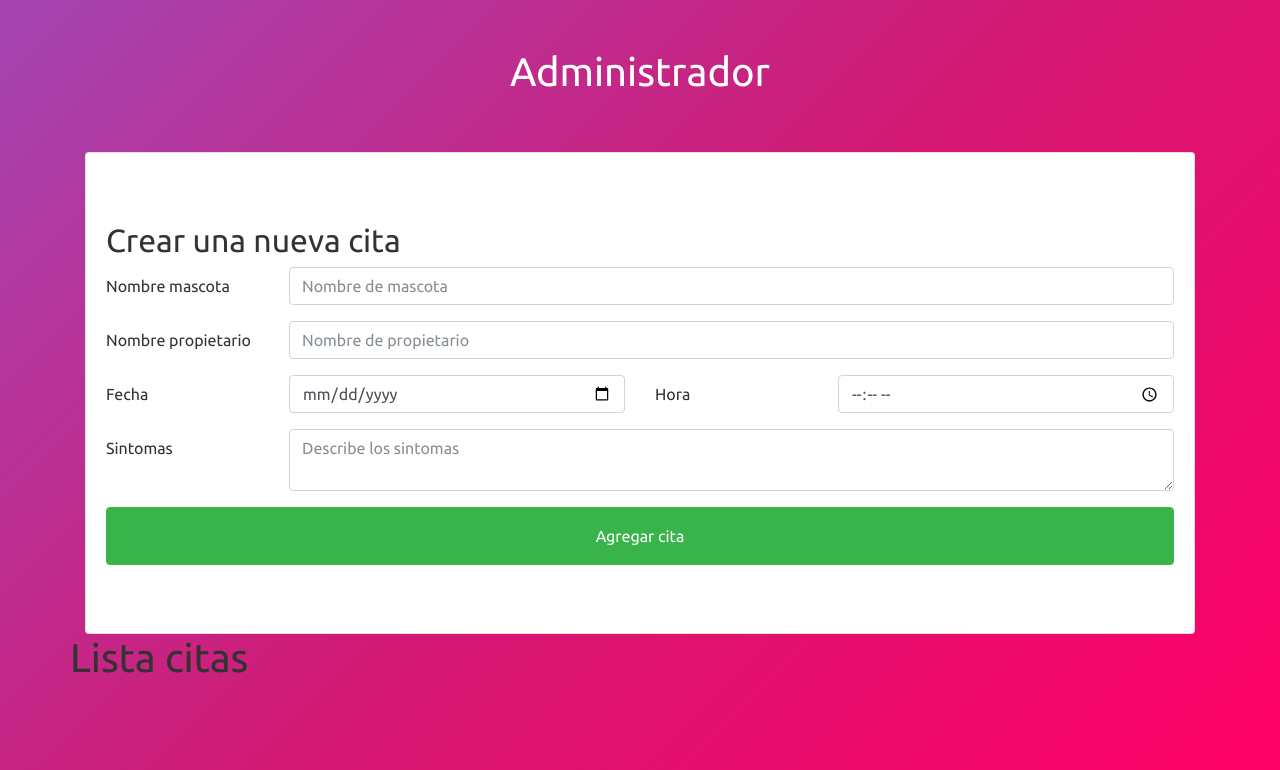
Repository: harrycampaz/react-veterinario-form
Page: /
These files come from the project's save history. The page is drawn as it stood at one moment and after the next save; the edit follows.
The browser window is 1280 px wide. The pictures show the whole page.
The project was rebuilt for these pictures with package versions that can differ from the ones it lists, and the page was loaded fresh each time.

Above is the page before, as saved 2020-01-16 16:45:19.

### src/App.js
import React, { Component } from "react";
import "./bootstrap.min.css";
import Header from "./components/ui/Header";
import NuevaCita from "./components/layout/NuevaCita";
import ListCitas from "./components/layout/ListCitas";

class App extends Component {
  state = {
    citas: []
  };

  createNewCita = data => {

    const citas = [...this.state.citas, data];

    this.setState({
      citas
    })
    }
  render() {
    return (
      <div className="container">
        <Header titulo="Administrador" />
        <div className="row">
          <div className="col-md-12 max-auto">
            <NuevaCita  createNewCita = {this.createNewCita}  />
          </div>

<ListCitas citas = {this.state.citas} />
        </div>
      </div>
    );
  }
}

export default App;

### src/components/ui/Header.js
import React from 'react';

const Header = ({titulo}) => {
    return (
      <header>
<h1 className="text-center"> {titulo}</h1>
      </header>
    );
};

export default Header;

### src/components/layout/NuevaCita.js
import React, { Component } from "react";
import uuid from 'uuid';

const stateInicial = {
    cita: {
        mascota: '',
        propietario: '',
        fecha: '',
        hora: '',
        sintomas: ''
    },
    error : false
}

class NuevaCita extends Component {

    state = {...stateInicial}

    handleChange = (e) => {
        console.log(e.target.name + ' : ' + e.target.value);

        this.setState({
            cita: {
                ...this.state.cita,
                [e.target.name]: e.target.value
            }
        })

    }

    haldleSubmit = (e) => {

        e.preventDefault();

        const {mascota, propietario, hora, fecha, sintomas} = this.state.cita;

        if(mascota === '' || propietario === '' || hora === '' || fecha === '' || sintomas ===''){

            this.setState({
                error: true
            })

            return;

        }

        const newCita = {...this.state.cita};

        newCita.id = uuid();
        this.props.createNewCita(newCita);

        this.setState({
            ...stateInicial
        })

    }

  render() {

    const {error} = this.state;
    return (

      <div className="card mt-5 py-5">
        <div className="card-body">
          <h2> Crear una nueva cita</h2>

{error ? <div class="alert alert-danger" role="alert">
  Todos los cambios son obligatorios!
</div> : null}

        <form onSubmit = {this.haldleSubmit}>
          <div className="form-group row">
            <label className="col-sm-4 col-lg-2 col-form-label">
              Nombre mascota
            </label>
            <div className="col-sm-8 col-lg-10">
              <input
                type="text"
                className="form-control"
                name="mascota"
                id="mascota"
                placeholder="Nombre de mascota"
                onChange = {this.handleChange}
                value = {this.state.cita.mascota}
              />
            </div>
          </div>
          <div className="form-group row">
            <label className="col-sm-4 col-lg-2 col-form-label">
              Nombre propietario
            </label>
            <div className="col-sm-8 col-lg-10">
              <input
                type="text"
                className="form-control"
                name="propietario"
                id="propietario"

                placeholder="Nombre de propietario"
                onChange = {this.handleChange}
                value = {this.state.cita.propietario}
              />
            </div>
          </div>

          <div className="form-group row">
            <label className="col-sm-4 col-lg-2 col-form-label">
              Fecha
            </label>
            <div className="col-sm-8 col-lg-4">
              <input
                type="date"
                className="form-control"
                name="fecha"
                id="fecha"
                onChange = {this.handleChange}
                value = {this.state.cita.fecha}

              />
            </div>

            <label className="col-sm-4 col-lg-2 col-form-label">
              Hora
            </label>
            <div className="col-sm-8 col-lg-4">
              <input
                type="time"
                className="form-control"
                name="hora"
                id="hora"

                placeholder="Nombre de propietario"
                onChange = {this.handleChange}
                value = {this.state.cita.hora}
              />
            </div>
          </div>

          <div className="form-group row">
            <label className="col-sm-4 col-lg-2 col-form-label">
              Sintomas
            </label>
            <div className="col-sm-8 col-lg-10">
              <textarea
                type="text"
                className="form-control"
                name="sintomas"
                id="sintomas"
                placeholder="Describe los sintomas"
                onChange = {this.handleChange}
                value = {this.state.cita.sintomas}
              ></textarea>

            </div>
          </div>

          <input type="submit" className=" py-3 mt-2 btn btn-success btn-block" value="Agregar cita"/>
        </form>
      </div>
      </div>
    );
  }
}

export default NuevaCita;

### src/components/layout/ListCitas.js
import React from 'react';

const ListCitas = ({citas}) => {
    return (
        <div>
           <h1> Lista citas</h1>
        </div>
    );
};

export default ListCitas;

Loaded but not shown: public/index.html (common file); src/index.js (common file); src/index.css (common file); src/serviceWorker.js (common file); src/bootstrap.min.css (library)

After the next save:
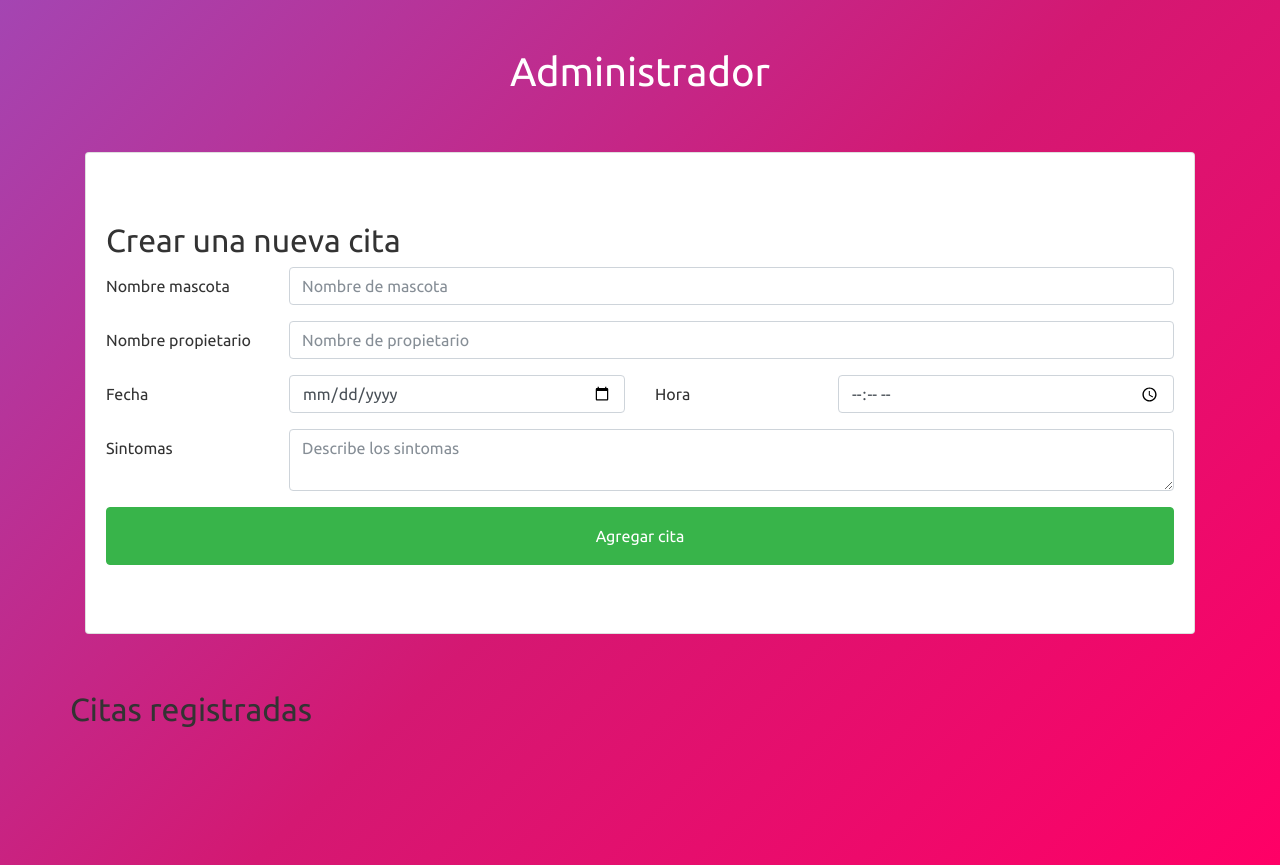
Saved 77 s later.
--- a/src/components/layout/ListCitas.js
+++ b/src/components/layout/ListCitas.js
@@ -2,8 +2,10 @@ import React from 'react';
 
 const ListCitas = ({citas}) => {
     return (
-        <div>
-           <h1> Lista citas</h1>
+        <div className="mt-2 py-5">
+          <div>
+              <h2>Citas registradas</h2>
+          </div>
         </div>
     );
 };
